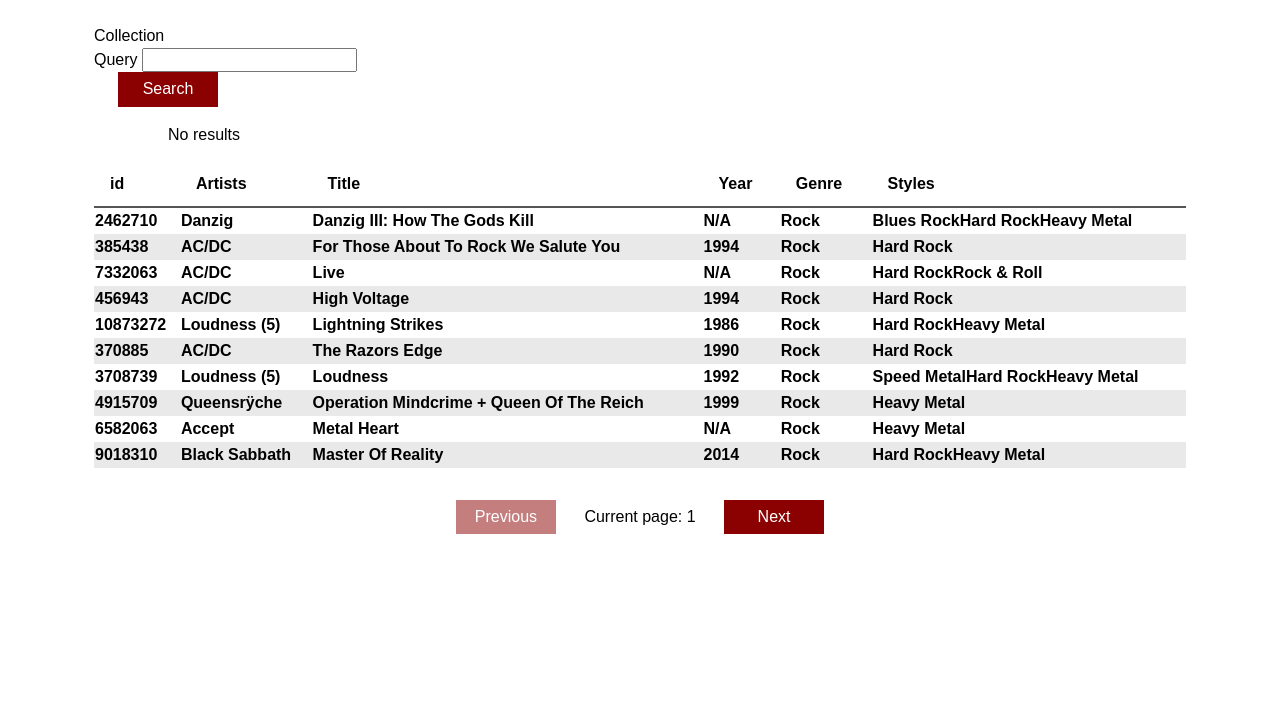
Repository: ivan-baljkas/pristupni_zadatak
Page: / (app in frontend/react-akademija-master/)
These files come from the project's save history. The page is drawn as it stood at one moment and after the next save; the edit follows.
The browser window is 1280 px wide. The pictures show the whole page.
The project was rebuilt for these pictures with package versions that can differ from the ones it lists, and the page was loaded fresh each time.

Above is the page before, as saved 2021-07-21 13:57:34.

After the next save:
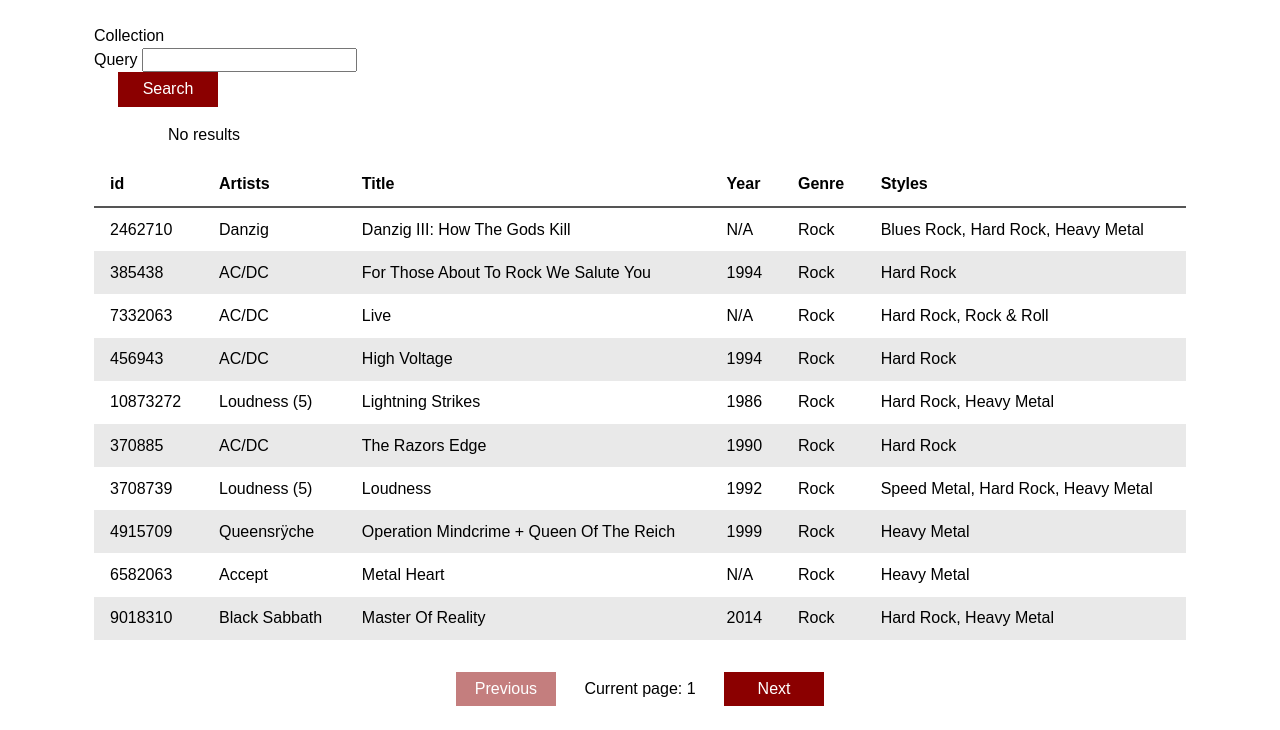
Saved 20 h 31 min later.
--- a/frontend/react-akademija-master/src/components/TableItem.jsx
+++ b/frontend/react-akademija-master/src/components/TableItem.jsx
@@ -4,13 +4,13 @@
 
     return(
                 <tr>
-                    <th>{props.id}</th>
-                    <th>{props.basic_information.artists[0].name}</th>
-                    <th>{props.basic_information.title}</th>
-                    {props.basic_information.year?<th>{props.basic_information.year}</th>:
-                   <th>N/A</th> }
-                    <th>{props.basic_information.genres}</th>
-                    <th>{props.basic_information.styles}</th>
+                    <td>{props.id}</td>
+                    <td>{props.basic_information.artists.map(({name})=> name).join(", ")}</td>
+                    <td>{props.basic_information.title}</td>
+                    {props.basic_information.year?<td>{props.basic_information.year}</td>:
+                   <td>N/A</td> }
+                    <td>{props.basic_information.genres.join(", ")}</td>
+                    <td>{props.basic_information.styles.join(", ")}</td>
                 </tr>
     );
 };
